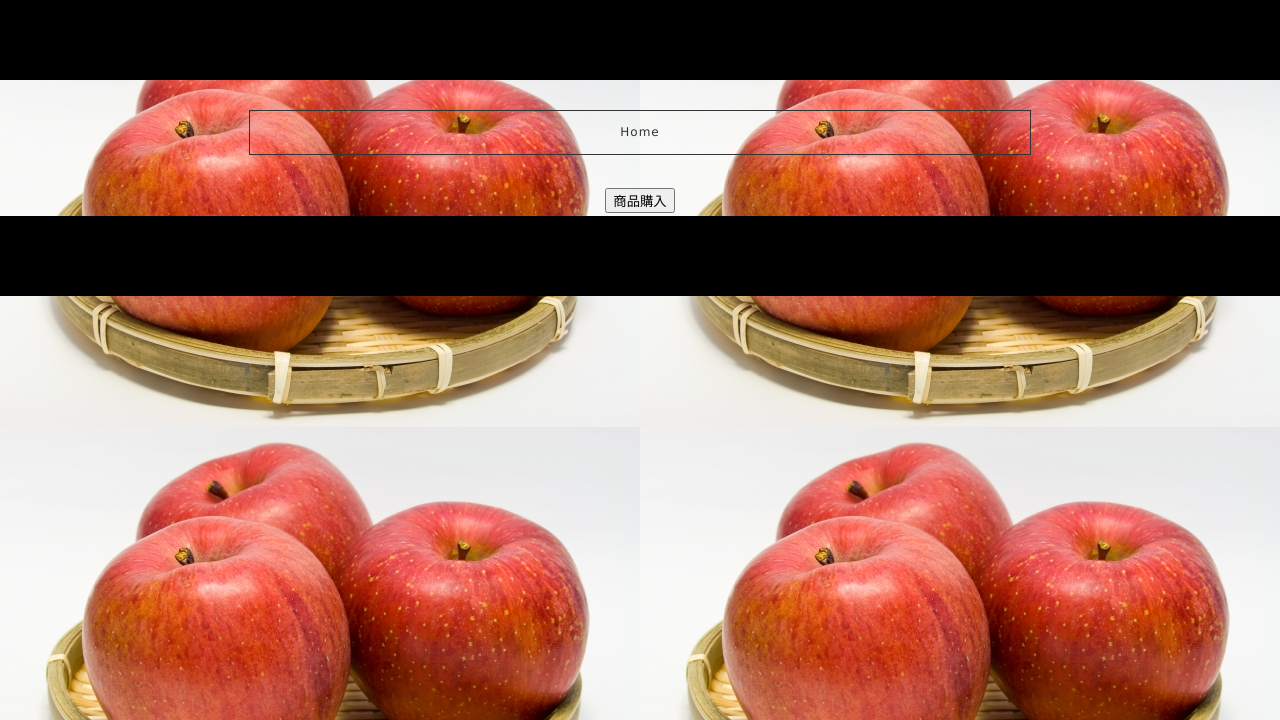
Repository: rt-1217/j2
Page: http://localhost/ecsite01/
The author's editor kept a copy of each file at every save. The page is drawn from the files as they stood at one save, then again after the next save.
The browser window is 1280 px wide. The pictures show the whole page.
The page is served by Tomcat 9. Other server files are loaded and not shown.

Above is the page before, as saved 2018-05-23 06:56:19.

### ecsite01/WebContent/home.jsp
<%@ page language="java" contentType="text/html; charset=UTF-8"
    pageEncoding="UTF-8"%>
    <%@ taglib prefix="s" uri="/struts-tags" %>
<!DOCTYPE html PUBLIC "-//W3C//DTD HTML 4.01 Transitional//EN" "http://www.w3.org/TR/html4/loose.dtd">
<html>
<head>
<meta http-equiv="Content-Type" content="text/html; charset=UTF-8">
<meta http-equiv="Content-Style-Type" content="text/css" />
<meta http-equiv="Content-Script-Type" content="text/javascript" />
<meta http-equiv="imagetoolbar" content="no" />
<meta name="description" content="" />
<meta name="keywords" content="" />
<!-- CSSの読み込み -->
	<link rel="stylesheet" type="text/css" href="./css/basis.css">
<title>Home画面</title>


</head>
<body>
<div id="header">
<div id="pr">
</div></div>
<div id="main">
<div id="top">
<p>Home</p>
</div>

<div id="text-center">
<s:form action="HomeAction">
<s:submit value ="商品購入"/>
</s:form>

<s:if test="#session.id !=null">
<p>ログアウトする場合は
<a href ='<s:url action="LogoutAction" />'>こちら</a></p>
</s:if>

</div>


</div>

<div id="footer">
<div id="pr">
</div></div>


</body>
</html>

### ecsite01/WebContent/css/basis.css
@CHARSET "UTF-8";

/* ========TAG LAYOUT======== */
body {
margin:0;
padding:0;
line-height:1.6;
letter-spacing:1px;
font-family:Verdana, Helvetica, sans-serif;
font-size:12px;
color:#333;
background:#fff;
background-image:url("../image/apple.jpg")
}
table {
text-align:center;
margin:0 auto;
}
/* ========ID LAYOUT======== */
#top {
width:780px;
margin:30px auto;
border:1px solid #333;
}
#header {
width: 100%;
height: 80px;
background-color: black;
}
#main {
width: 100%;
height: 100%;
text-align: center;
}
#footer {
width: 100%;
height: 80px;
background-color: black;
clear:both;
}

/*floatの解除*/
.clear{
	clear:both;
}

After the next save:
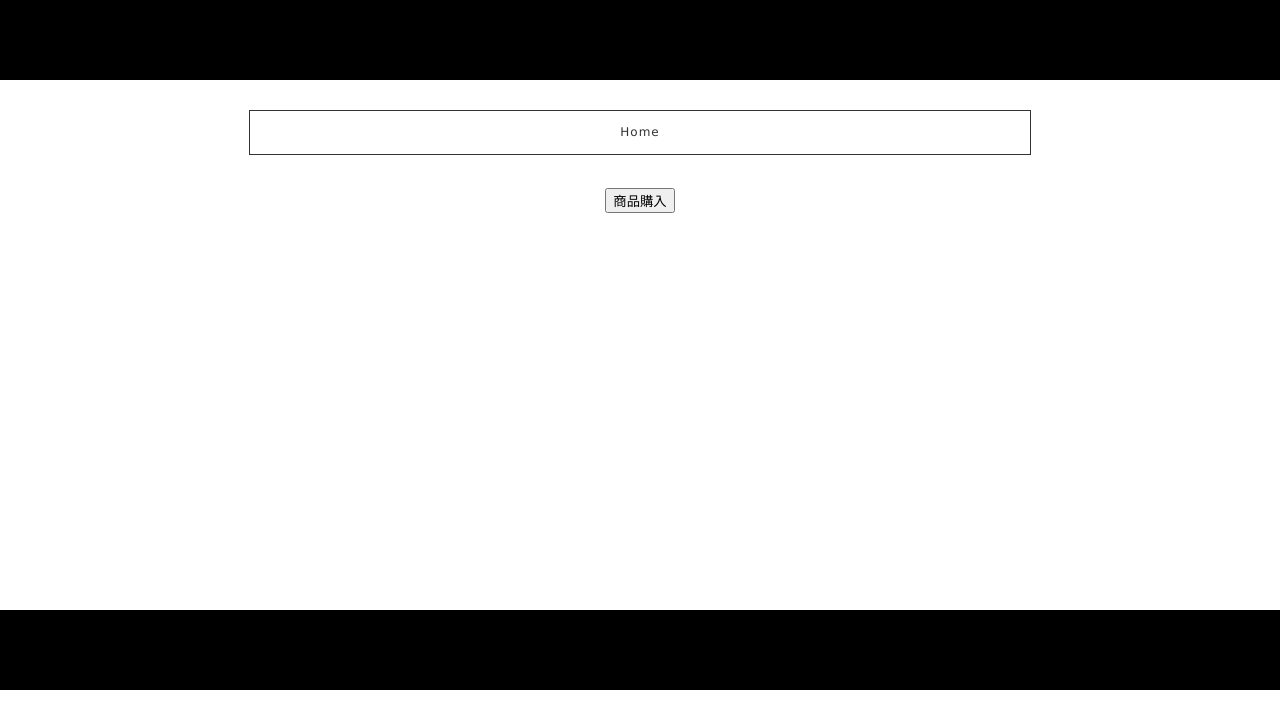
Saved 2 min 18 s later.
--- a/ecsite01/WebContent/home.jsp
+++ b/ecsite01/WebContent/home.jsp
@@ -10,10 +10,52 @@
 <meta http-equiv="imagetoolbar" content="no" />
 <meta name="description" content="" />
 <meta name="keywords" content="" />
-<!-- CSSの読み込み -->
-	<link rel="stylesheet" type="text/css" href="./css/basis.css">
+
 <title>Home画面</title>
+<style type="text/css">
+/* =================TAG LAYOUT==================== */
+body {
+margin:0;
+padding:0;
+line-height:1.6;
+letter-spacing:1px;
+font-family:Verdana, Helvetica, sans-serif;
+font-size:12px;
+color:#333;
+background:#fff;
+}
+table {
+text-align:center;
+margin:0 auto;
+}
+/* =============ID LAYOUT================ */
+#top {
+width:780px;
+margin:30px auto;
+border:1px solid #333;
+}
+#header {
+width: 100%;
+height: 80px;
+background-color: black;
+}
+#main {
+width: 100%;
+height: 500px;
+text-align: center;
+}
+#footer {
+width: 100%;
+height: 80px;
+background-color: black;
+clear:both;
+}
+#text-link {
+display: inline-block;
+text-align: right;
+}
 
+</style>
 
 </head>
 <body>
